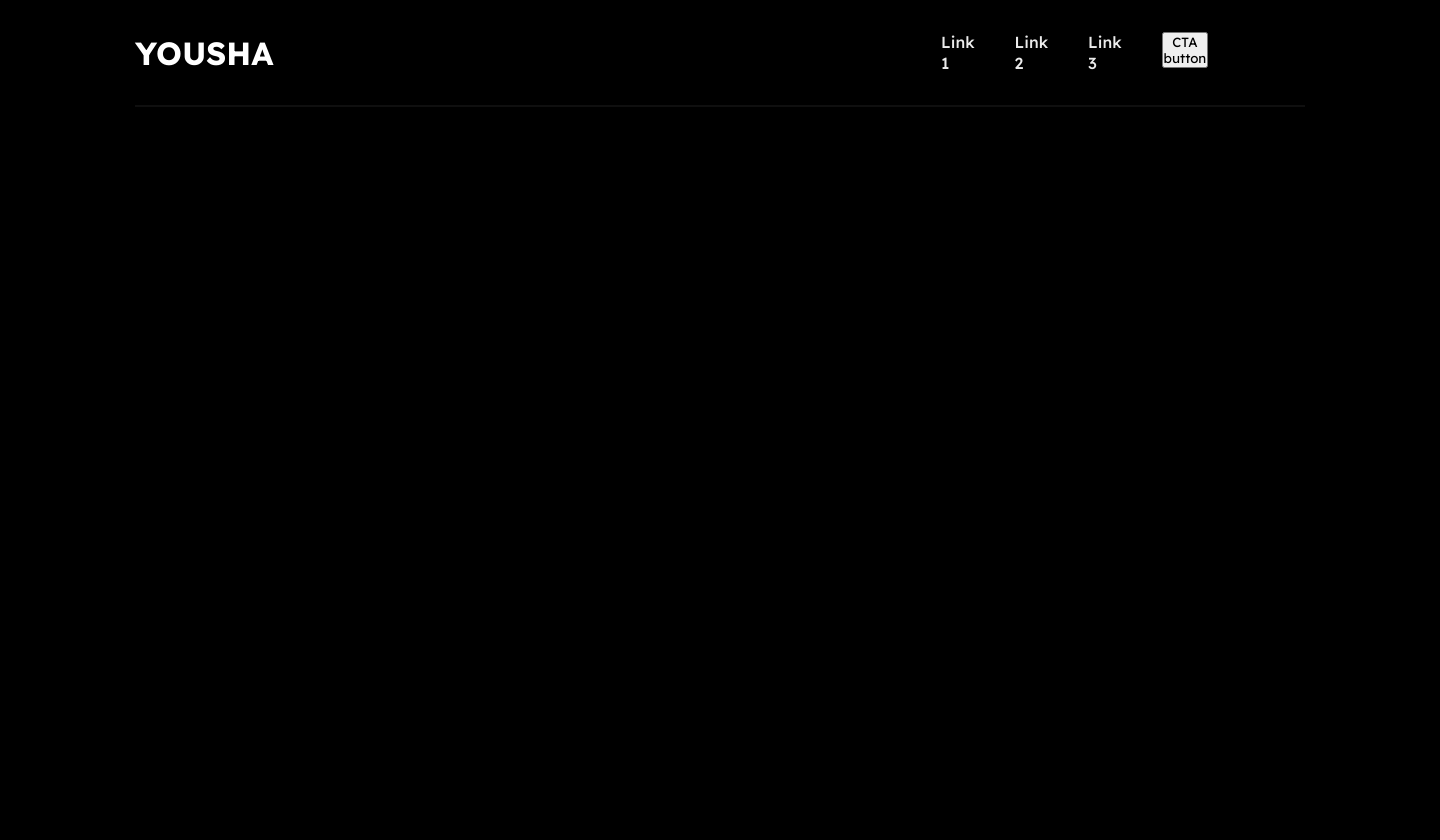
Repository: sSoRaK/web-cut-by-figma_train
Page: bai04/index.html
These files come from the project's save history. The page is drawn as it stood at one moment and after the next save; the edit follows.
The browser window is 1280 px wide. The page is 1440 px wide, so the pictures cover 1440 px, including what lies to the right of the window. The pictures show the whole page.

Above is the page before, as saved 2023-05-31 20:46:28.

After the next save:
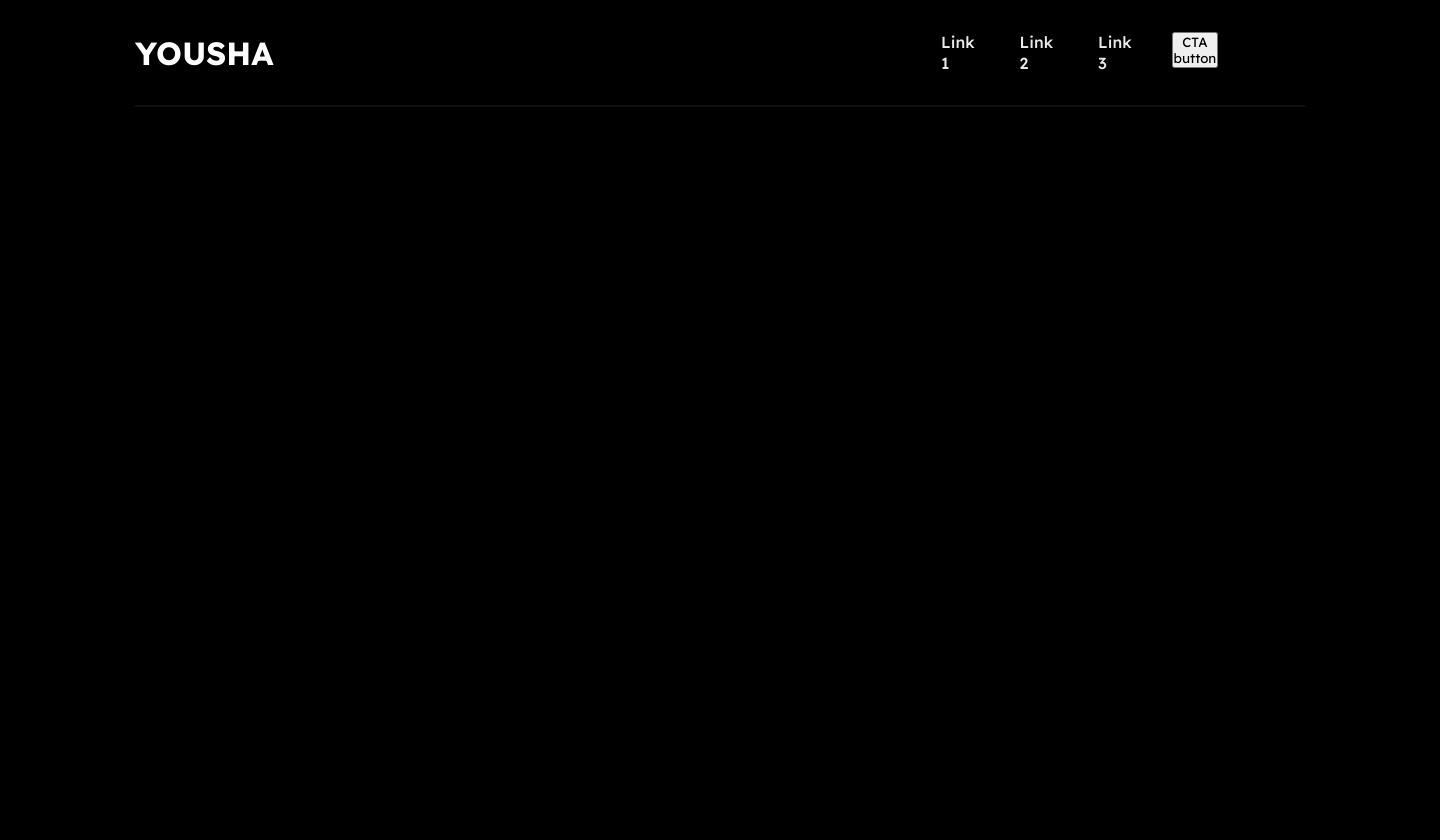
Saved 21 s later.
--- a/bai04/style.css
+++ b/bai04/style.css
@@ -24,7 +24,7 @@
 }
 nav ul {
   display: flex;
-  gap: 40px;
+  gap: 45px;
 }
 nav {
   display: flex;

After the 3 saves that followed:
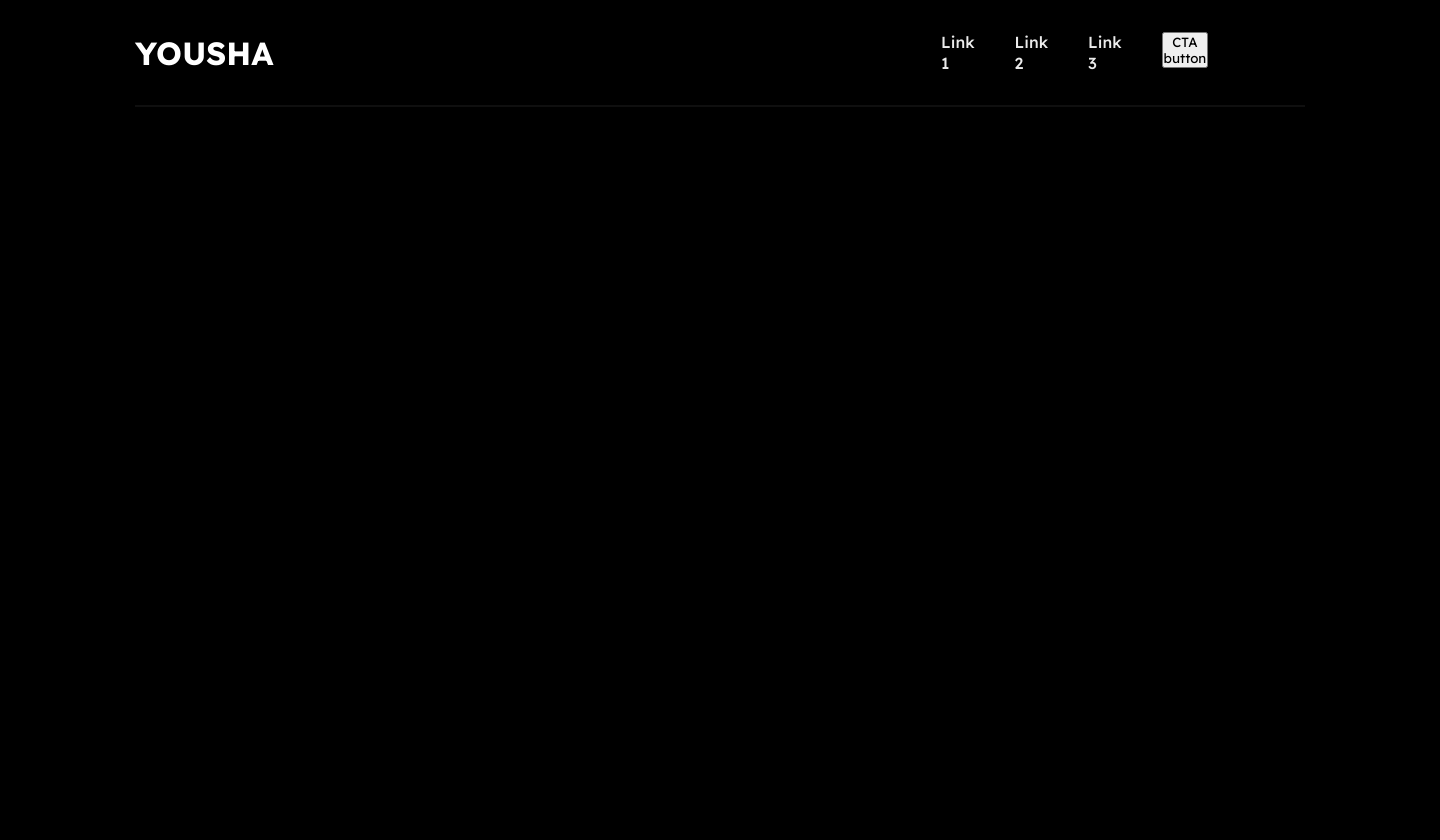
The 3 saves are shown as one change because they came seconds apart.
The last was saved 9 s later.
--- a/bai04/style.css
+++ b/bai04/style.css
@@ -24,7 +24,7 @@
 }
 nav ul {
   display: flex;
-  gap: 45px;
+  gap: 40px;
 }
 nav {
   display: flex;
